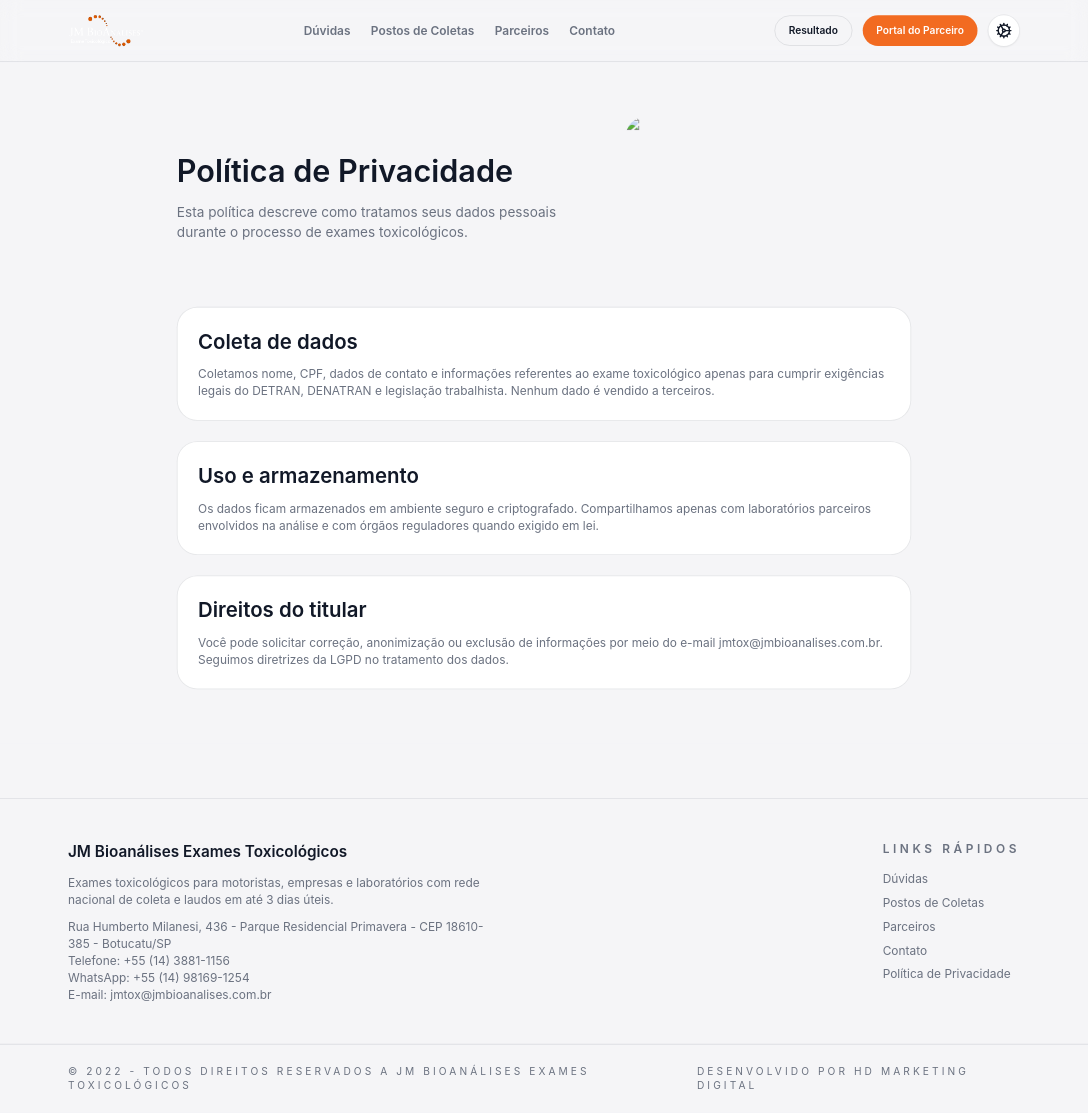
Repository: 1xLab/cat1
Page: /politica-de-privacidade
The author's editor kept a copy of each file at every save. The page is drawn from the files as they stood at one save, then again after the next save.
The browser window is 1280 px wide. The pictures show the whole page, at 85% of full size.
The page's requests for data from a server got no answer. The project was rebuilt for these pictures with package versions that can differ from the ones it lists, and the page was loaded fresh each time. The framework's server and built-in components were replaced by stand-ins that run in the browser. No one was signed in, and anything a server would have sent is missing. Also part of the build but not shown: next.config.ts.

Above is the page before, as saved 2025-11-19 21:48:00.

### src/app/layout.tsx
import type { Metadata } from "next";
import { Geist, Geist_Mono } from "next/font/google";
import "./globals.css";

import { Header } from "@/components/layout/header";
import { Footer } from "@/components/layout/footer";
import { baseMetadata } from "@/lib/seo";
import { LabSchema } from "@/components/seo/lab-schema";
import { TagManager } from "@/components/analytics/tag-manager";

const geistSans = Geist({
  variable: "--font-geist-sans",
  subsets: ["latin"],
});

const geistMono = Geist_Mono({
  variable: "--font-geist-mono",
  subsets: ["latin"],
});

export const metadata: Metadata = baseMetadata;

export default function RootLayout({
  children,
}: Readonly<{
  children: React.ReactNode;
}>) {
  return (
    <html lang="pt-BR" data-theme="sunrise">
      <body className={`${geistSans.variable} ${geistMono.variable} antialiased`}>
        <TagManager />
        <LabSchema />
        <Header />
        <main className="min-h-screen bg-[var(--color-bg)] text-[var(--color-text)]">
          {children}
        </main>
        <Footer />
      </body>
    </html>
  );
}

### src/app/politica-de-privacidade/page.tsx
import Image from "next/image";
import type { Metadata } from "next";

const sections = [
  {
    title: "Coleta de dados",
    body: "Coletamos nome, CPF, dados de contato e informações referentes ao exame toxicológico apenas para cumprir exigências legais do DETRAN, DENATRAN e legislação trabalhista. Nenhum dado é vendido a terceiros.",
  },
  {
    title: "Uso e armazenamento",
    body: "Os dados ficam armazenados em ambiente seguro e criptografado. Compartilhamos apenas com laboratórios parceiros envolvidos na análise e com órgãos reguladores quando exigido em lei.",
  },
  {
    title: "Direitos do titular",
    body: "Você pode solicitar correção, anonimização ou exclusão de informações por meio do e-mail jmtox@jmbioanalises.com.br. Seguimos diretrizes da LGPD no tratamento dos dados.",
  },
];

export const metadata: Metadata = {
  title: "Política de privacidade | JM Tox",
};

const illustration = "/imagens/illustration-privacidade.svg";

export default function PoliticaPage() {
  return (
    <section className="mx-auto max-w-4xl px-4 py-16">
      <div className="grid gap-6 md:grid-cols-[1.2fr_0.8fr] md:items-center">
        <div>
          <h1 className="text-4xl font-semibold text-[var(--color-text)]">
            Política de Privacidade
          </h1>
          <p className="mt-4 text-[var(--color-text-muted)]">
            Esta política descreve como tratamos seus dados pessoais durante o
            processo de exames toxicológicos.
          </p>
        </div>
        <div className="relative h-48 rounded-3xl">
          <Image
            src={illustration}
            alt="Segurança e dados"
            fill
            className="rounded-3xl object-cover"
            sizes="(min-width: 768px) 350px, 100vw"
          />
        </div>
      </div>
      <div className="mt-8 space-y-6">
        {sections.map((section) => (
          <article
            key={section.title}
            className="rounded-3xl border border-[var(--color-outline)] bg-[var(--color-surface)] p-6"
          >
            <h2 className="text-2xl font-semibold text-[var(--color-text)]">
              {section.title}
            </h2>
            <p className="mt-3 text-sm text-[var(--color-text-muted)]">
              {section.body}
            </p>
          </article>
        ))}
      </div>
    </section>
  );
}

### src/app/globals.css
@tailwind base;
@tailwind components;
@tailwind utilities;

:root {
  --color-bg: #f5f5f7;
  --color-surface: #ffffff;
  --color-text: #111827;
  --color-text-muted: #6b7280;
  --color-primary: #f26b21;
  --color-primary-dark: #c65310;
  --color-header: #050608;
  --color-outline: rgba(15, 23, 42, 0.1);
}

[data-theme="sunrise"] {
  --color-bg: #f5f5f7;
  --color-surface: #ffffff;
  --color-text: #111827;
  --color-text-muted: #6b7280;
  --color-primary: #f26b21;
  --color-primary-dark: #c65310;
  --color-header: #050608;
}

[data-theme="midnight"] {
  --color-bg: #050608;
  --color-surface: #111827;
  --color-text: #f9fafb;
  --color-text-muted: #9ca3af;
  --color-primary: #f26b21;
  --color-primary-dark: #f26b21;
  --color-header: #000000;
  --color-outline: rgba(255, 255, 255, 0.1);
}

[data-theme="clinical"] {
  --color-bg: #f3f6fb;
  --color-surface: #ffffff;
  --color-text: #0f172a;
  --color-text-muted: #3f4d63;
  --color-primary: #2563eb;
  --color-primary-dark: #1d4ed8;
  --color-header: #0f172a;
  --color-outline: rgba(15, 23, 42, 0.08);
}

[data-theme="high-contrast"] {
  --color-bg: #000000;
  --color-surface: #000000;
  --color-text: #ffffff;
  --color-text-muted: #f3f4f6;
  --color-primary: #ffbf00;
  --color-primary-dark: #f59e0b;
  --color-header: #000000;
  --color-outline: rgba(255, 255, 255, 0.2);
}

[data-theme="dark"] {
  --color-bg: #111436;
  --color-surface: rgba(255, 255, 255, 0.08);
  --color-text: #fefefe;
  --color-text-muted: #d4ddff;
  --color-primary: #f97316;
  --color-primary-dark: #ea580c;
  --color-header: rgba(17, 20, 54, 0.9);
  --color-outline: rgba(255, 255, 255, 0.2);
}

@layer base {
  * {
    box-sizing: border-box;
  }

  body {
    background: var(--color-bg);
    color: var(--color-text);
    font-family: "Inter", system-ui, -apple-system, BlinkMacSystemFont,
      "Segoe UI", sans-serif;
    min-height: 100vh;
  }
}

@layer utilities {
  .text-balance {
    text-wrap: balance;
  }

  .glass-panel {
    background: color-mix(in srgb, var(--color-surface) 90%, transparent);
    backdrop-filter: blur(18px);
    border: 1px solid color-mix(in srgb, var(--color-outline) 80%, transparent);
    border-radius: 1.5rem;
    box-shadow: 0 15px 45px rgba(15, 23, 42, 0.12);
  }
}

### src/components/layout/header.tsx
import Image from "next/image";
import Link from "next/link";
import { ThemeSwitcher } from "@/components/theme-switcher";
import { Button } from "@/components/ui/button";

const navItems = [
  { label: "Dúvidas", href: "/duvidas-frequentes" },
  { label: "Postos de Coletas", href: "/postos-de-coletas" },
  { label: "Parceiros", href: "/parceiros" },
  { label: "Contato", href: "/contato" },
];

export function Header() {
  return (
    <header className="sticky top-0 z-40 border-b border-[var(--color-outline)] bg-[var(--color-header)]/15 backdrop-blur-md">
      <div className="container mx-auto flex max-w-6xl items-center justify-between gap-4 px-4 py-4">
        <Link href="/" className="flex items-center gap-3">
          <Image
            src="/logo-jm-bioanalises-branco.png"
            alt="JM Bioanálises"
            width={150}
            height={42}
            className="h-10 w-auto"
            priority
          />
          <span className="sr-only">JM Bioanálises</span>
        </Link>
        <nav className="hidden items-center gap-6 text-sm font-semibold text-[var(--color-text-muted)] lg:flex">
          {navItems.map((item) => (
            <Link
              key={item.href}
              href={item.href}
              className="transition hover:text-[var(--color-text)]"
            >
              {item.label}
            </Link>
          ))}
        </nav>
        <div className="flex items-center gap-3">
          <Button asChild variant="outline" size="sm">
            <Link href="/duvidas-frequentes#resultado-online">Resultado</Link>
          </Button>
          <Button asChild size="sm">
            <Link href="/parceiros">Portal do Parceiro</Link>
          </Button>
          <ThemeSwitcher />
        </div>
      </div>
      <div className="border-t border-[var(--color-outline)] bg-[var(--color-header)] px-4 py-3 lg:hidden">
        <nav className="flex flex-wrap gap-3 text-sm font-semibold text-[var(--color-text-muted)]">
          {navItems.map((item) => (
            <Link
              key={item.href}
              href={item.href}
              className="rounded-full border border-gray-600 px-3 py-1 transition hover:border-[var(--color-primary)] hover:text-white"
            >
              {item.label}
            </Link>
          ))}
        </nav>
      </div>
    </header>
  );
}

### src/components/layout/footer.tsx
import Link from "next/link";

import { siteConfig } from "@/lib/site";

const quickLinks = [
  { label: "Dúvidas", href: "/duvidas-frequentes" },
  { label: "Postos de Coletas", href: "/postos-de-coletas" },
  { label: "Parceiros", href: "/parceiros" },
  { label: "Contato", href: "/contato" },
  { label: "Política de Privacidade", href: "/politica-de-privacidade" },
];

export function Footer() {
  return (
    <footer className="mt-16 border-t border-[var(--color-outline)] bg-[var(--color-surface)]/95">
      <div className="mx-auto flex max-w-6xl flex-col gap-8 px-4 py-12 md:flex-row md:justify-between">
        <div className="max-w-lg space-y-3">
          <p className="text-lg font-semibold text-[var(--color-text)]">
            {siteConfig.name}
          </p>
          <p className="text-sm text-[var(--color-text-muted)]">
            {siteConfig.description}
          </p>
          <div className="text-sm text-[var(--color-text-muted)]">
            <p>{siteConfig.address}</p>
            <p>Telefone: {siteConfig.contacts.phone}</p>
            <p>WhatsApp: {siteConfig.contacts.mobile}</p>
            <p>E-mail: {siteConfig.contacts.email}</p>
          </div>
        </div>
        <div>
          <p className="text-sm font-semibold uppercase tracking-[0.3em] text-[var(--color-text-muted)]">
            Links rápidos
          </p>
          <ul className="mt-4 space-y-2 text-sm">
            {quickLinks.map((link) => (
              <li key={link.href}>
                <Link
                  href={link.href}
                  className="text-[var(--color-text-muted)] transition hover:text-[var(--color-text)]"
                >
                  {link.label}
                </Link>
              </li>
            ))}
          </ul>
        </div>
      </div>
      <div className="border-t border-[var(--color-outline)]">
        <div className="mx-auto flex max-w-6xl flex-col gap-2 px-4 py-6 text-xs uppercase tracking-[0.3em] text-[var(--color-text-muted)] md:flex-row md:items-center md:justify-between">
          <p>
            © 2022 - Todos Direitos Reservados a JM Bioanálises Exames Toxicológicos
          </p>
          <p>Desenvolvido por HD Marketing Digital</p>
        </div>
      </div>
    </footer>
  );
}

### src/lib/seo.ts
import type { Metadata } from "next";
import { siteConfig } from "./site";

type SEOParams = {
  title?: string;
  description?: string;
  path?: string;
};

export const baseMetadata: Metadata = {
  metadataBase: new URL(siteConfig.url),
  title: {
    default: `${siteConfig.name} | Laboratório de Toxicologia`,
    template: `%s | ${siteConfig.name}`,
  },
  description: siteConfig.description,
  openGraph: {
    type: "website",
    url: siteConfig.url,
    title: siteConfig.name,
    description: siteConfig.description,
    images: [
      {
        url: siteConfig.ogImage,
        width: 1200,
        height: 630,
        alt: siteConfig.name,
      },
    ],
  },
  twitter: {
    card: "summary_large_image",
    title: siteConfig.name,
    description: siteConfig.description,
    images: [siteConfig.ogImage],
  },
  icons: {
    icon: "/favicon.ico",
  },
};

export const generatePageMetadata = ({
  title,
  description,
  path = "",
}: SEOParams): Metadata => ({
  ...baseMetadata,
  title,
  description,
  alternates: {
    canonical: path ? `${siteConfig.url}${path}` : siteConfig.url,
  },
});

### src/components/seo/lab-schema.tsx
export function LabSchema() {
  const jsonLd = {
    "@context": "https://schema.org",
    "@type": "MedicalOrganization",
    name: "JM Bioanálises Exames Toxicológicos",
    url: "https://jmtox.com.br",
    address: {
      "@type": "PostalAddress",
      streetAddress:
        "Rua Humberto Milanesi, 436 - Parque Residencial Primavera",
      addressLocality: "Botucatu",
      addressRegion: "SP",
      postalCode: "18610-385",
      addressCountry: "BR",
    },
    contactPoint: {
      "@type": "ContactPoint",
      telephone: "+55-14-3881-1156",
      contactType: "customer service",
      availableLanguage: ["Portuguese", "English"],
    },
    sameAs: ["https://www.linkedin.com/company/jmbioanalises"],
    medicalSpecialty: ["Toxicologic"],
  };

  return (
    <script
      type="application/ld+json"
      dangerouslySetInnerHTML={{ __html: JSON.stringify(jsonLd) }}
    />
  );
}

### src/components/analytics/tag-manager.tsx
"use client";

import Script from "next/script";

export function TagManager() {
  const id = process.env.NEXT_PUBLIC_GTM_ID;
  if (!id) return null;

  return (
    <>
      <Script id="gtm-loader">
        {`
          (function(w,d,s,l,i){w[l]=w[l]||[];w[l].push({'gtm.start':
          new Date().getTime(),event:'gtm.js'});var f=d.getElementsByTagName(s)[0],
          j=d.createElement(s),dl=l!='dataLayer'?'&l='+l:'';j.async=true;j.src=
          'https://www.googletagmanager.com/gtm.js?id='+i+dl;f.parentNode.insertBefore(j,f);
          })(window,document,'script','dataLayer','${id}');
        `}
      </Script>
      <noscript>
        <iframe
          src={`https://www.googletagmanager.com/ns.html?id=${id}`}
          height="0"
          width="0"
          style={{ display: "none", visibility: "hidden" }}
        />
      </noscript>
    </>
  );
}

### src/components/theme-switcher.tsx
"use client";

import { useEffect, useState } from "react";
import { Cog, Check } from "lucide-react";
import { cn } from "@/lib/utils";

const themes = [
  { id: "sunrise", name: "Sunrise Light", description: "Luz natural com laranja vibrante." },
  { id: "midnight", name: "Midnight Dark", description: "Interface escura para salas de comando." },
  { id: "clinical", name: "Clinical Light", description: "Azul clínico com fundos neutros." },
  { id: "high-contrast", name: "High Contrast", description: "Alto contraste para máxima leitura." },
];

function applyThemeValue(
  value: string,
  setTheme: (theme: string) => void
) {
  const next = themes.find((item) => item.id === value) ? value : "sunrise";
  setTheme(next);
  document.documentElement.setAttribute("data-theme", next);
  try {
    localStorage.setItem("jmbio-theme", next);
  } catch {
    /* ignore */
  }
}

export function ThemeSwitcher() {
  const [open, setOpen] = useState(false);
  const [theme, setTheme] = useState("sunrise");

  useEffect(() => {
    let stored = "sunrise";
    try {
      stored = localStorage.getItem("jmbio-theme") || "sunrise";
    } catch {
      stored = "sunrise";
    }
    applyThemeValue(stored, setTheme);
  }, []);

  function apply(value: string) {
    applyThemeValue(value, setTheme);
  }

  return (
    <div className="relative">
      <button
        aria-label="Alterar tema do site"
        className="rounded-full border border-[var(--color-outline)] bg-[var(--color-surface)] p-2 text-[var(--color-text)] shadow-sm transition hover:shadow-md"
        onClick={() => setOpen((prev) => !prev)}
      >
        <Cog className="h-5 w-5" />
      </button>
      {open && (
        <div className="absolute right-0 z-50 mt-3 w-64 rounded-2xl border border-[var(--color-outline)] bg-[var(--color-surface)] p-4 shadow-xl">
          <p className="text-xs font-semibold uppercase tracking-[0.3em] text-[var(--color-text-muted)]">
            Temas
          </p>
          <div className="mt-3 space-y-2">
            {themes.map((item) => (
              <button
                key={item.id}
                className={cn(
                  "flex w-full items-start gap-2 rounded-2xl border border-transparent p-3 text-left transition hover:border-[var(--color-outline)]",
                  theme === item.id && "border-[var(--color-primary)] bg-[var(--color-primary)]/10"
                )}
                onClick={() => apply(item.id)}
              >
                <span className="mt-1 text-[var(--color-primary)]">
                  {theme === item.id ? <Check className="h-4 w-4" /> : <span className="block h-4 w-4 rounded-full border border-[var(--color-outline)]" />}
                </span>
                <span>
                  <span className="font-semibold text-[var(--color-text)]">{item.name}</span>
                  <span className="block text-xs text-[var(--color-text-muted)]">{item.description}</span>
                </span>
              </button>
            ))}
          </div>
        </div>
      )}
    </div>
  );
}

### src/components/ui/button.tsx
"use client";

import * as React from "react";
import { Slot } from "@radix-ui/react-slot";
import { cva, type VariantProps } from "class-variance-authority";

import { cn } from "@/lib/utils";

const buttonVariants = cva(
  "inline-flex items-center justify-center whitespace-nowrap rounded-full text-sm font-semibold transition focus-visible:outline-none focus-visible:ring-2 focus-visible:ring-[var(--color-primary)] disabled:pointer-events-none disabled:opacity-60",
  {
    variants: {
      variant: {
        default:
          "bg-[var(--color-primary)] text-white hover:bg-[var(--color-primary-dark)]",
        secondary:
          "bg-[var(--color-surface)] text-[var(--color-text)] border border-[var(--color-outline)] hover:border-[var(--color-primary)]",
        outline:
          "border border-[var(--color-outline)] text-[var(--color-text)] hover:border-[var(--color-primary)] hover:text-[var(--color-text)]",
        ghost: "text-[var(--color-text)] hover:bg-[var(--color-outline)]/30",
        link: "underline-offset-4 text-[var(--color-primary)] hover:underline",
      },
      size: {
        default: "h-11 px-6",
        sm: "h-9 px-4 text-xs",
        lg: "h-12 px-8 text-base",
        icon: "h-10 w-10",
      },
    },
    defaultVariants: {
      variant: "default",
      size: "default",
    },
  }
);

export interface ButtonProps
  extends React.ButtonHTMLAttributes<HTMLButtonElement>,
    VariantProps<typeof buttonVariants> {
  asChild?: boolean;
}

const Button = React.forwardRef<HTMLButtonElement, ButtonProps>(
  ({ className, variant, size, asChild = false, ...props }, ref) => {
    const Comp = asChild ? Slot : "button";
    return (
      <Comp
        className={cn(buttonVariants({ variant, size, className }))}
        ref={ref}
        {...props}
      />
    );
  }
);
Button.displayName = "Button";

export { Button, buttonVariants };

### src/lib/site.ts
export const siteConfig = {
  name: "JM Bioanálises Exames Toxicológicos",
  description:
    "Exames toxicológicos para motoristas, empresas e laboratórios com rede nacional de coleta e laudos em até 3 dias úteis.",
  url: "https://jmtox.com.br",
  ogImage: "/logo-jm-bioanalises-branco.png",
  social: {
    linkedin: "https://www.linkedin.com/company/jmbioanalises",
    whatsapp: "https://api.whatsapp.com/send?phone=5514981691254",
  },
  contacts: {
    phone: "+55 (14) 3881-1156",
    mobile: "+55 (14) 98169-1254",
    email: "jmtox@jmbioanalises.com.br",
  },
  address:
    "Rua Humberto Milanesi, 436 - Parque Residencial Primavera - CEP 18610-385 - Botucatu/SP",
};

export type SiteConfig = typeof siteConfig;

### src/lib/utils.ts
import { type ClassValue, clsx } from "clsx";
import { twMerge } from "tailwind-merge";

export function cn(...inputs: ClassValue[]) {
  return twMerge(clsx(inputs));
}

export function formatPhone(phone: string) {
  const digits = phone.replace(/\D/g, "");
  const match = digits.match(/^(\d{2})(\d{5})(\d{4})$/);
  if (!match) return phone;
  return `(${match[1]}) ${match[2]}-${match[3]}`;
}

export function slugify(value: string) {
  return value
    .toLowerCase()
    .normalize("NFD")
    .replace(/[\u0300-\u036f]/g, "")
    .replace(/[^a-z0-9]+/g, "-")
    .replace(/(^-|-$)+/g, "");
}

export function formatIsoDate(date: string) {
  return new Date(date).toLocaleDateString("pt-BR", {
    day: "2-digit",
    month: "short",
    year: "numeric",
  });
}

### tailwind.config.ts
import type { Config } from "tailwindcss";
import { fontFamily } from "tailwindcss/defaultTheme";
import animate from "tailwindcss-animate";

const config: Config = {
  darkMode: ["class"],
  content: ["./src/**/*.{ts,tsx}"],
  theme: {
    container: {
      center: true,
      padding: {
        DEFAULT: "1.5rem",
        md: "2rem",
      },
      screens: {
        "2xl": "1320px",
      },
    },
    extend: {
      colors: {
        border: "hsl(var(--border))",
        input: "hsl(var(--input))",
        ring: "hsl(var(--ring))",
        background: "hsl(var(--background))",
        foreground: "hsl(var(--foreground))",
        primary: {
          DEFAULT: "hsl(var(--primary))",
          foreground: "hsl(var(--primary-foreground))",
        },
        secondary: {
          DEFAULT: "hsl(var(--secondary))",
          foreground: "hsl(var(--secondary-foreground))",
        },
        muted: {
          DEFAULT: "hsl(var(--muted))",
          foreground: "hsl(var(--muted-foreground))",
        },
        accent: {
          DEFAULT: "hsl(var(--accent))",
          foreground: "hsl(var(--accent-foreground))",
        },
        destructive: {
          DEFAULT: "hsl(var(--destructive))",
          foreground: "hsl(var(--destructive-foreground))",
        },
        card: {
          DEFAULT: "hsl(var(--card))",
          foreground: "hsl(var(--card-foreground))",
        },
      },
      borderRadius: {
        lg: "var(--radius)",
        md: "calc(var(--radius) - 2px)",
        sm: "calc(var(--radius) - 4px)",
      },
      fontFamily: {
        sans: ["var(--font-geist-sans)", ...fontFamily.sans],
        mono: ["var(--font-geist-mono)", ...fontFamily.mono],
      },
      backgroundImage: {
        "grid-fade":
          "radial-gradient(circle at 20% 20%, hsla(var(--primary),0.25), transparent 55%), radial-gradient(circle at 80% 0%, hsla(var(--accent),0.3), transparent 60%)",
      },
    },
  },
  plugins: [animate],
};

export default config;

After the next save:
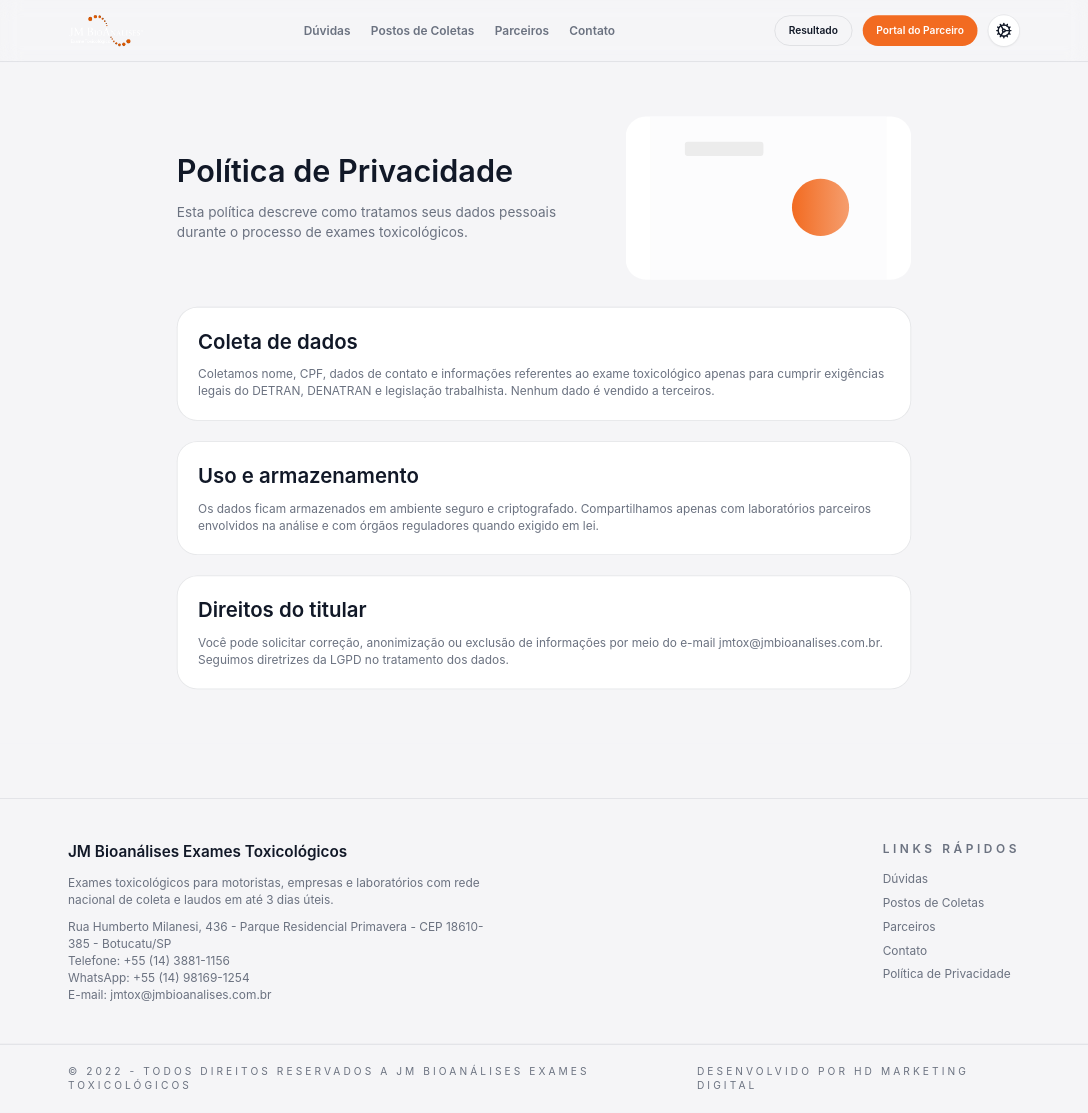
Saved 7 s later.
--- a/src/app/politica-de-privacidade/page.tsx
+++ b/src/app/politica-de-privacidade/page.tsx
@@ -20,7 +20,7 @@ export const metadata: Metadata = {
   title: "Política de privacidade | JM Tox",
 };
 
-const illustration = "/imagens/illustration-privacidade.svg";
+const illustration = "/imagens/illustration-privacidade-clean.svg";
 
 export default function PoliticaPage() {
   return (
